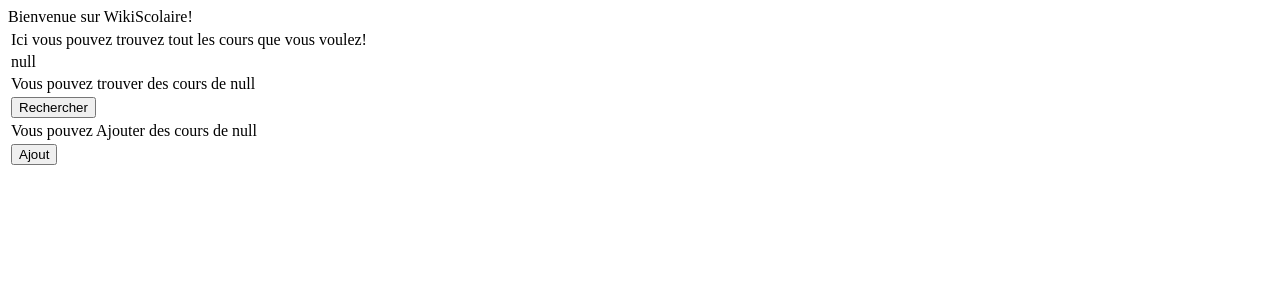
Repository: AntoAnt/WikiScolaire-
Page: http://localhost/InterfaceWikiScolair/accueil.jsp
The author's editor kept a copy of each file at every save. The page is drawn from the files as they stood at one save, then again after the next save.
The browser window is 1280 px wide. The pictures show the whole page.
The page is served by Tomcat 9.

Above is the page before, as saved 2017-04-27 13:38:32.

After the next save:
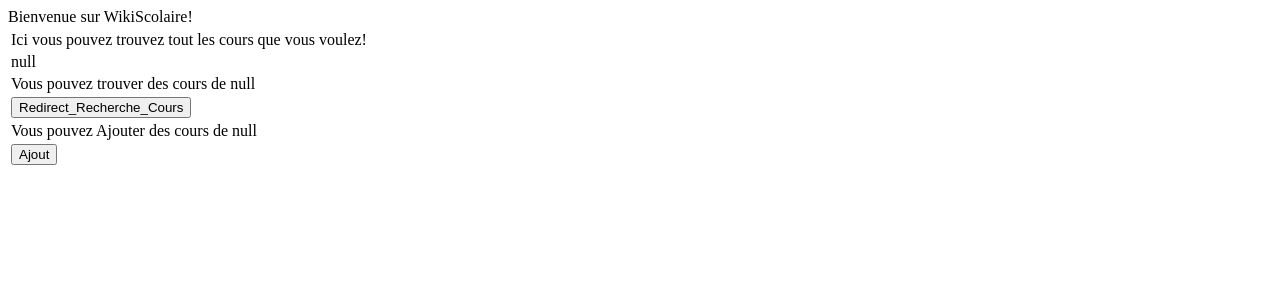
Saved 2 min 55 s later.
--- a/InterfaceWikiScolair/WebContent/accueil.jsp
+++ b/InterfaceWikiScolair/WebContent/accueil.jsp
@@ -13,7 +13,7 @@
 	<tr><td><%out.println(session.getAttribute("login"));%></td></tr>
 	<tr><td>Vous pouvez trouver des cours de <%out.println(session.getAttribute("niv"));%> </td></tr>
 	<form method="post" action="/InterfaceWikiScolair/ControleurPrincipal?idaction=Redirect_Recherche_Cours">
-		<tr><td><input type="submit" name="Recherche_cours" value="Rechercher"></a></td></tr>
+		<tr><td><input type="submit" name="Recherche_cours" value="Redirect_Recherche_Cours"></a></td></tr>
 	</form>
 	<tr><td>Vous pouvez Ajouter des cours de <%out.println(session.getAttribute("niv"));%> </td></tr>
 	<form method="post" action="/InterfaceWikiScolair/ControleurPrincipal?idaction=Redirect_Ajout_Cours">

After the save that followed:
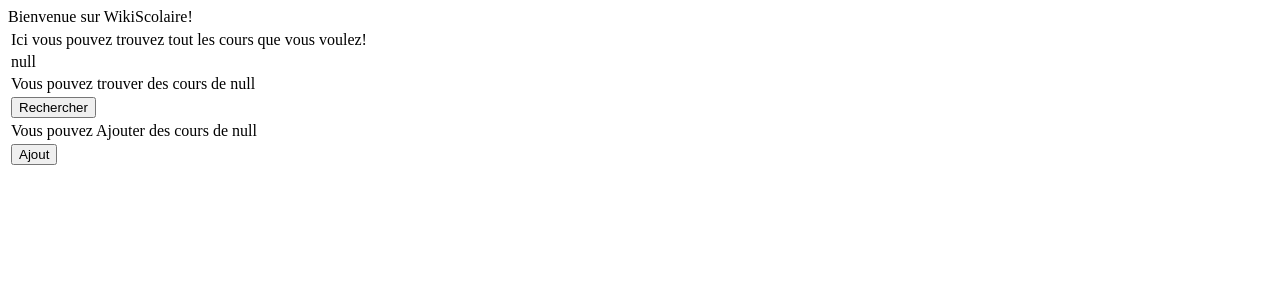
Saved 19 s later.
--- a/InterfaceWikiScolair/WebContent/accueil.jsp
+++ b/InterfaceWikiScolair/WebContent/accueil.jsp
@@ -13,7 +13,7 @@
 	<tr><td><%out.println(session.getAttribute("login"));%></td></tr>
 	<tr><td>Vous pouvez trouver des cours de <%out.println(session.getAttribute("niv"));%> </td></tr>
 	<form method="post" action="/InterfaceWikiScolair/ControleurPrincipal?idaction=Redirect_Recherche_Cours">
-		<tr><td><input type="submit" name="Recherche_cours" value="Redirect_Recherche_Cours"></a></td></tr>
+		<tr><td><input type="submit" name="Redirect_Recherche_Courss" value="Rechercher"></a></td></tr>
 	</form>
 	<tr><td>Vous pouvez Ajouter des cours de <%out.println(session.getAttribute("niv"));%> </td></tr>
 	<form method="post" action="/InterfaceWikiScolair/ControleurPrincipal?idaction=Redirect_Ajout_Cours">
